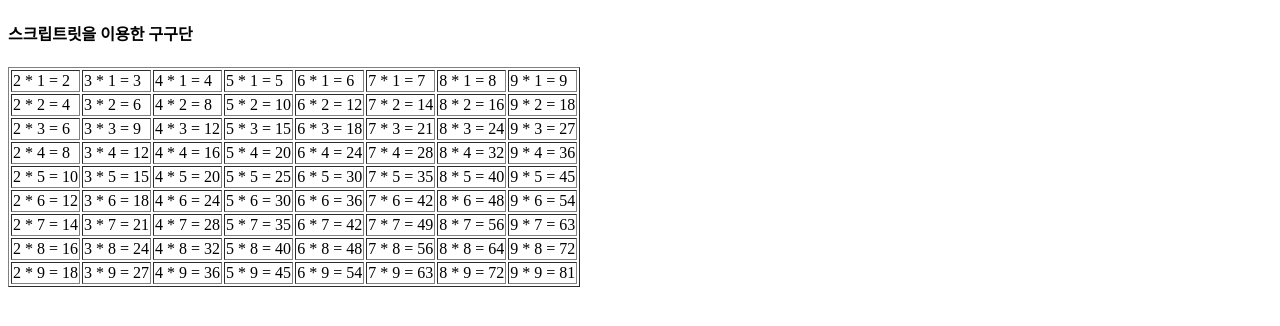
Repository: psyoongsc/LauguageStudy
Page: http://localhost/jspStudy/ch4/ex04-04.jsp
The author's editor kept a copy of each file at every save. The page is drawn from the files as they stood at one save, then again after the next save.
The browser window is 1280 px wide. The pictures show the whole page.
The page is served by Tomcat 9.

Above is the page before, as saved 2018-07-05 12:27:48.

After the next save:
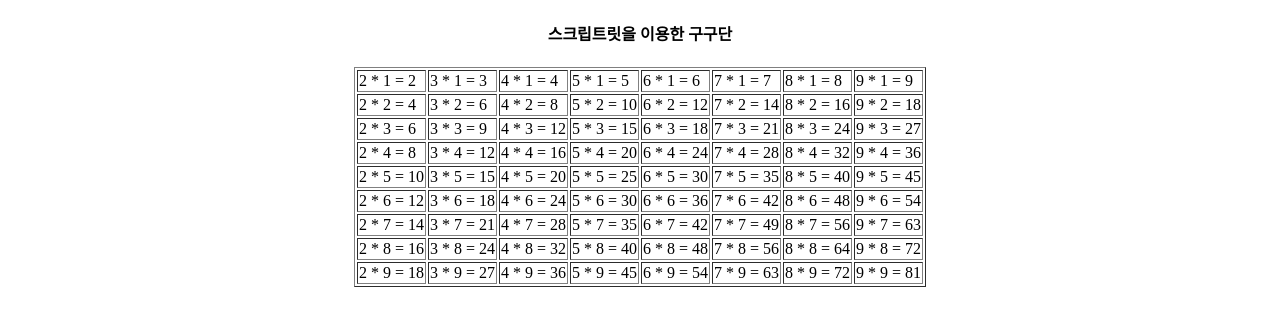
Saved 5 min 32 s later.
--- a/JSP/jspStudy/WebContent/ch4/ex04-04.jsp
+++ b/JSP/jspStudy/WebContent/ch4/ex04-04.jsp
@@ -7,8 +7,9 @@
 <title>스크립트릿을 이용한 구구단</title>
 </head>
 <body>
+<center>
 	<H4>스크립트릿을 이용한 구구단</H4>
-	<table border="1">
+	<table border="1" cellspacing="2">
 		<%
 		int i, j, k;
 		for (i = 1; i < 10; i++) {
@@ -29,6 +30,6 @@
 		%>
 	</tr>
 		<% } %>
-	</table>
+	</table></center>
 </body>
 </html>
